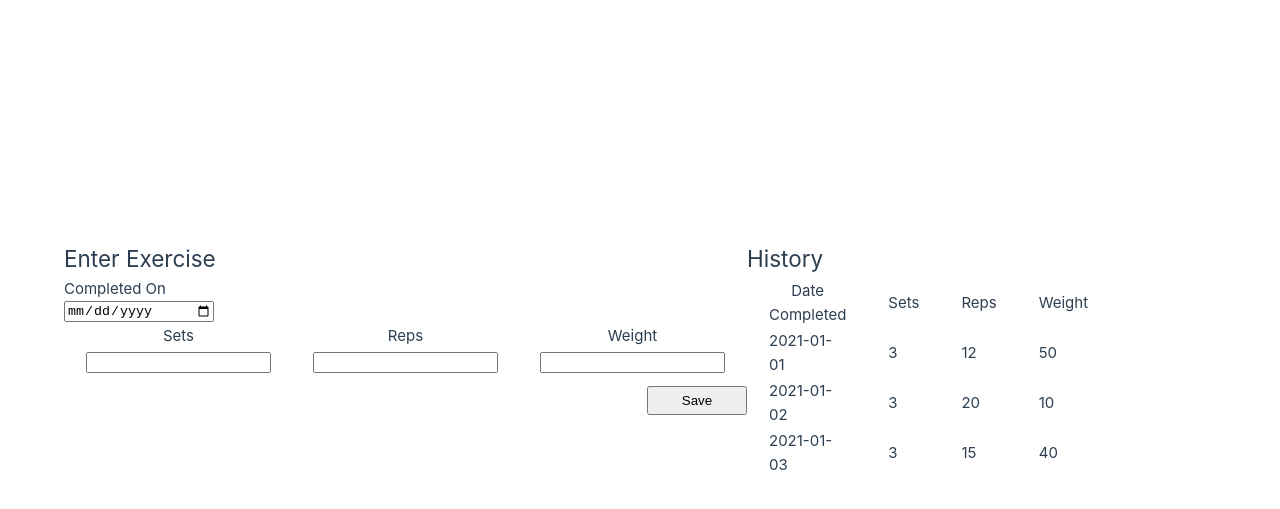
Repository: Kayla-amr/Exercise-Tracking-App
Page: / (app in exerciseTracking/)
The author's editor kept a copy of each file at every save. The page is drawn from the files as they stood at one save, then again after a run of saves.
The browser window is 1280 px wide. The pictures show the whole page.
The project was rebuilt for these pictures with package versions that can differ from the ones it lists, and the page was loaded fresh each time. Also part of the build but not shown: exerciseTracking/vite.config.ts.

Above is the page before, as saved 2023-03-17 14:14:41.

After the next 2 saves:
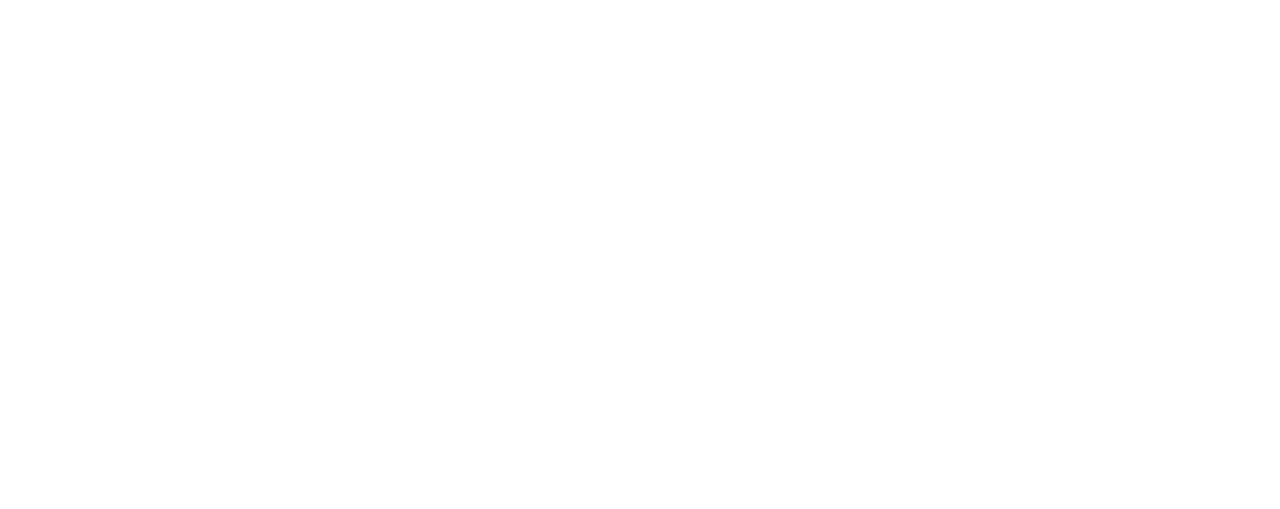
Console error: ReferenceError: exercise is not defined
The 2 saves are shown as one change because they came seconds apart.
The last was saved 23 s later.
--- a/exerciseTracking/src/App.vue
+++ b/exerciseTracking/src/App.vue
@@ -18,7 +18,7 @@
     TrackingHistory
   },
   props:{
-
+    exercise
 
   },
   data() {

After the save that followed:
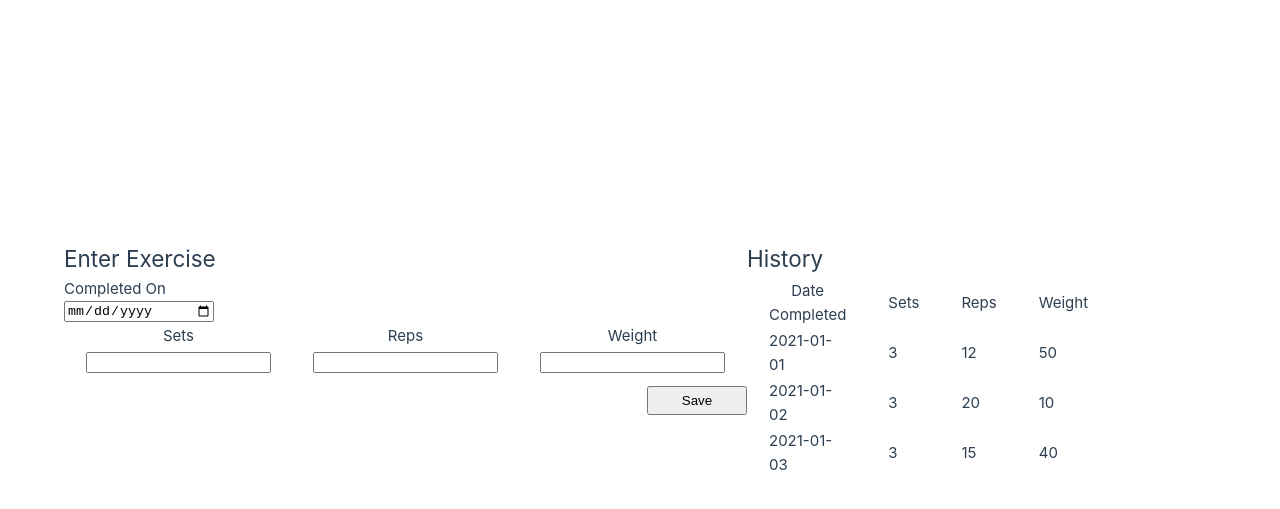
The error is gone.
Saved 5 s later.
--- a/exerciseTracking/src/App.vue
+++ b/exerciseTracking/src/App.vue
@@ -18,7 +18,7 @@
     TrackingHistory
   },
   props:{
-    exercise
+
 
   },
   data() {
